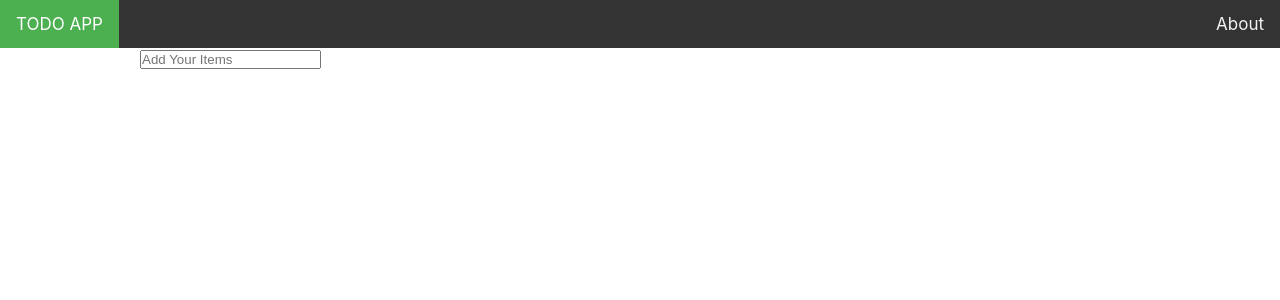
Repository: hoangphuong965/myTodoList
Page: /
These files come from the project's save history. The page is drawn as it stood at one moment and after a run of saves; the edit follows.
The browser window is 1280 px wide. The pictures show the whole page.
The project was rebuilt for these pictures with package versions that can differ from the ones it lists, and the page was loaded fresh each time.

Above is the page before, as saved 2020-06-01 09:32:30.

### src/App.js
import React, { Component } from "react";
import Navbar from "./components/Navbar/Navbar";
import TodoInput from "./components/TodoInput";
import "./components/todo.css";

export default class App extends Component {
  render() {
    return (
      <div>
        <Navbar />
        <div className="container">
          <TodoInput />
        </div>
      </div>
    );
  }
}

### src/components/Navbar/Navbar.js
import React, { Component } from "react";
import "./navbar.css";

export default class Navbar extends Component {
  render() {
    return (
      <div className="topnav">
        <a className="active" href="#home">
          TODO APP
        </a>
        <a href="#about">About</a>
      </div>
    );
  }
}

### src/components/TodoInput.js
import React, { Component } from 'react';

export default class TodoInput extends Component {
    render() {
        return (
            <div className="input">
                <form className="form">
                    <input type="text" className="input" placeholder="Add Your Items"/>
                </form>
            </div>
        )
    }
}

### src/components/todo.css
*{
    margin: 0;
    padding: 0;
    box-sizing: border-box;
}

.container{
    margin: 0 auto;
    width: 1000px;
}

.input{
    width: 500xp;
}

### src/components/Navbar/navbar.css
/* Add a black background color to the top navigation */
.topnav {
    background-color: #333;
    overflow: hidden;
    display: flex;
    justify-content: space-between;
  }

  /* Style the links inside the navigation bar */
  .topnav a {
    color: #f2f2f2;
    text-align: center;
    padding: 14px 16px;
    text-decoration: none;
    font-size: 17px;
    transition: all 0.3s linear;
  }

  /* Change the color of links on hover */
  .topnav a:hover {
    background-color: #ddd;
    color: black;
  }

  /* Add a color to the active/current link */
  .topnav a.active {
    background-color: #4CAF50;
    color: white;
  }

Loaded but not shown: public/index.html (common file); src/index.js (common file); src/index.css (common file); src/serviceWorker.js (common file)

After the next 2 saves:
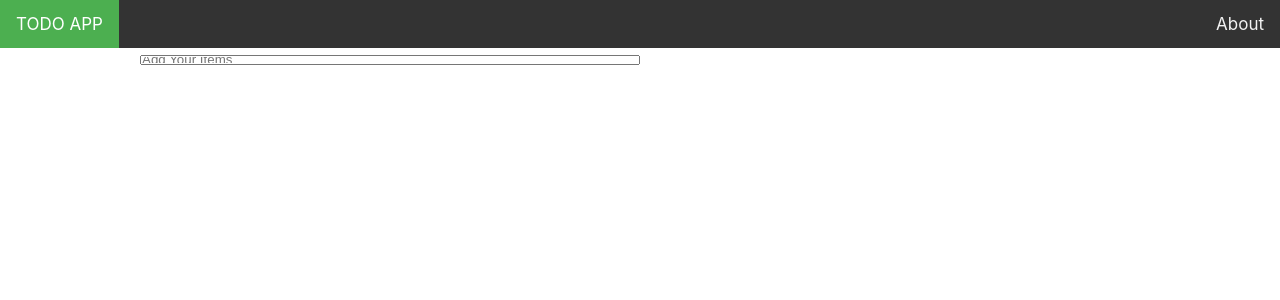
The 2 saves are shown as one change because they came seconds apart.
The last was saved 7 s later.
--- a/src/components/todo.css
+++ b/src/components/todo.css
@@ -10,5 +10,6 @@
 }
 
 .input{
-    width: 500xp;
+    width: 500px;
+    height: 10px;
 }
